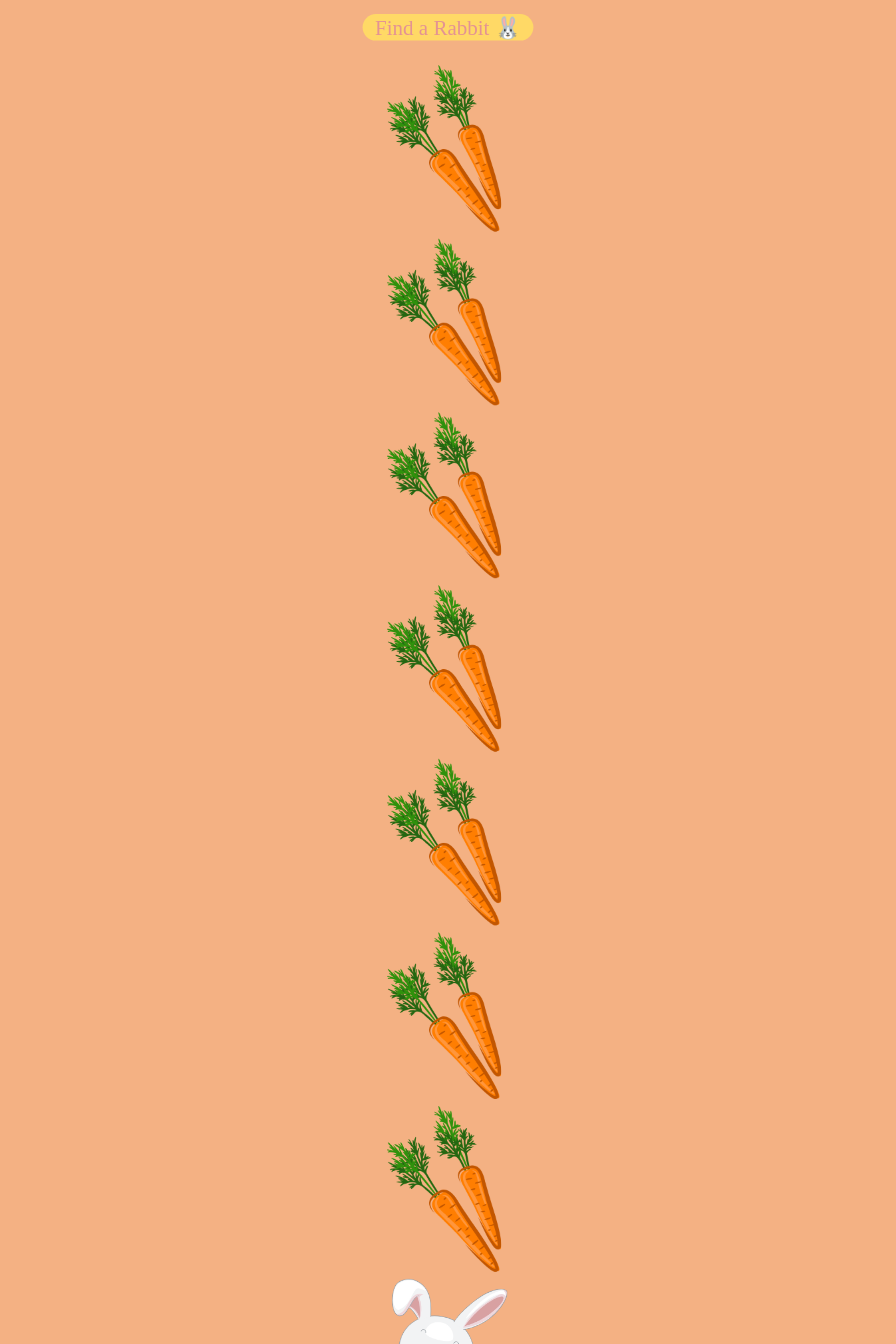
Repository: sephinejo/frontend-browser-101
Page: browser/practice-find-rabbit/index.html
An editor plug-in stored every save of this project. The page is shown before and after the next save, followed by the edit.
The browser window is 1280 px wide. The pictures show the part of the page from y = 0 to 1920 px (the page is 3029 px tall), at 70% of full size.
Some web fonts or font styles are not loaded; a fallback is used.

Above is the page before, as saved 2023-05-10 21:20:56.

### browser/practice-find-rabbit/index.html
<!DOCTYPE html>
<html lang="en">
  <head>
    <meta charset="UTF-8" />
    <meta name="viewport" content="width=device-width, initial-scale=1.0" />
    <title>Scroll</title>
    <link rel="preconnect" href="https://fonts.googleapis.com" />
    <link rel="preconnect" href="https://fonts.gstatic.com" crossorigin />
    <link
      href="https://fonts.googleapis.com/css2?family=Alice&display=swap"
      rel="stylesheet"
    />
    <style>
      body {
        margin: 0;
        display: flex;
        flex-direction: column;
        align-items: center;
        background-color: #f4b183;
      }

      button {
        border-style: none;
        border-radius: 1.3rem;
        margin: 20px 0 30px 0;
        padding: 1.5px 18px;
        background-color: #ffd966;
        color: #e49393;
        font-size: 30px;
        font-family: Alice;
      }

      button:hover {
        transform: scale(1.2);
      }

      img {
        margin: 5px;
        width: 175px;
      }
    </style>
  </head>
  <body>
    <button>Find a Rabbit 🐰</button>
    <img src="img/carrot.png" alt="carrot" />
    <img src="img/carrot.png" alt="carrot" />
    <img src="img/carrot.png" alt="carrot" />
    <img src="img/carrot.png" alt="carrot" />
    <img src="img/carrot.png" alt="carrot" />
    <img src="img/carrot.png" alt="carrot" />
    <img src="img/carrot.png" alt="carrot" />
    <img src="img/rabbit.png" alt="rabbit" />
    <img src="img/carrot.png" alt="carrot" />
    <img src="img/carrot.png" alt="carrot" />
    <img src="img/carrot.png" alt="carrot" />
    <img src="img/carrot.png" alt="carrot" />

    <script></script>
  </body>
</html>

After the next save:
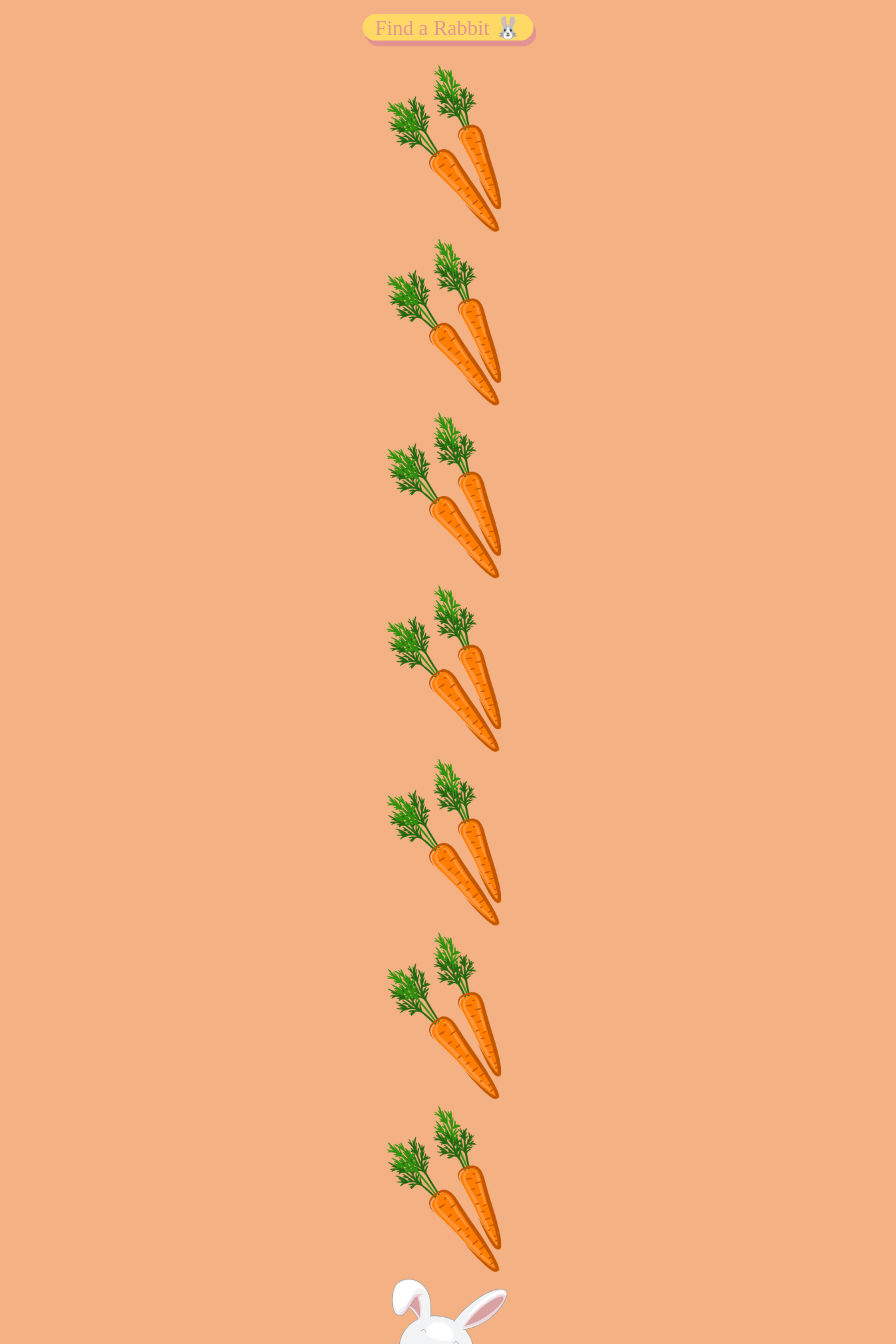
Saved 44 s later.
--- a/browser/practice-find-rabbit/index.html
+++ b/browser/practice-find-rabbit/index.html
@@ -28,6 +28,7 @@
         color: #e49393;
         font-size: 30px;
         font-family: Alice;
+        box-shadow: 4px 8px;
       }
 
       button:hover {
